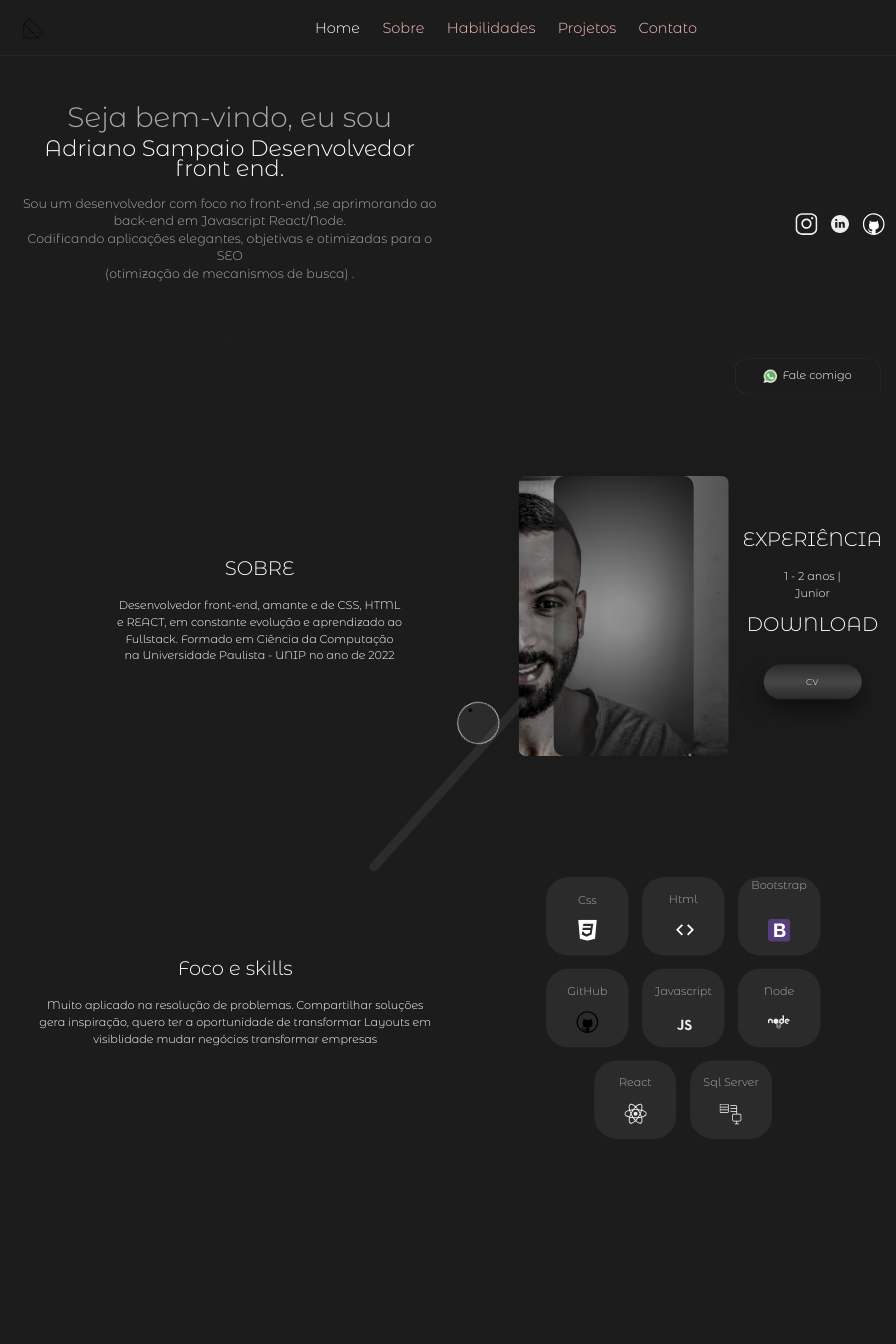
Repository: adrianodisam/NovoPortifolio
Page: /
An editor plug-in stored every save of this project. The page is shown before and after the next save, followed by the edit.
The browser window is 1280 px wide. The pictures show the part of the page from y = 0 to 1920 px (the page is 3024 px tall), at 70% of full size.
The project was rebuilt for these pictures with package versions that can differ from the ones it lists, and the page was loaded fresh each time. Imported but missing from the stored project, and not drawn on this page: src/componentes/Download/Adriano.pdf.

Above is the page before, as saved 2024-11-02 16:45:18.

After the next save:
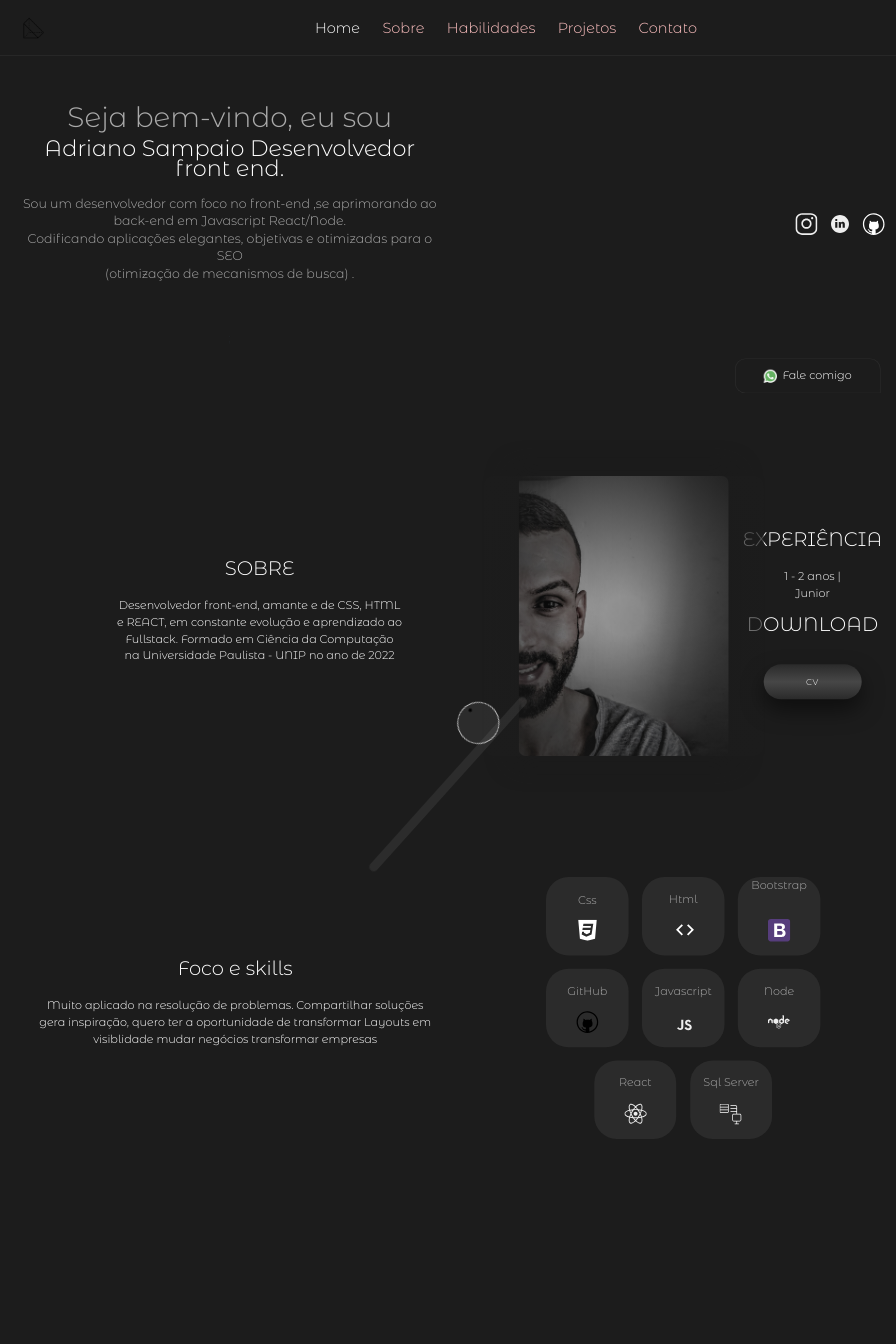
Saved 15 s later.
--- a/src/componentes/FotoSobre/FotoSobre.module.css
+++ b/src/componentes/FotoSobre/FotoSobre.module.css
@@ -22,7 +22,7 @@
 .Container::before {
   content: '';
   position: absolute;
-  width: 200px; /* Um pouco maior que a imagem para o efeito de borda */
+  width: 400px; /* Um pouco maior que a imagem para o efeito de borda */
   height: 400px;
   background: radial-gradient(circle, rgba(28, 28, 28, 0) 10%, #1c1c1c 100%);
   border-radius: 15px;
